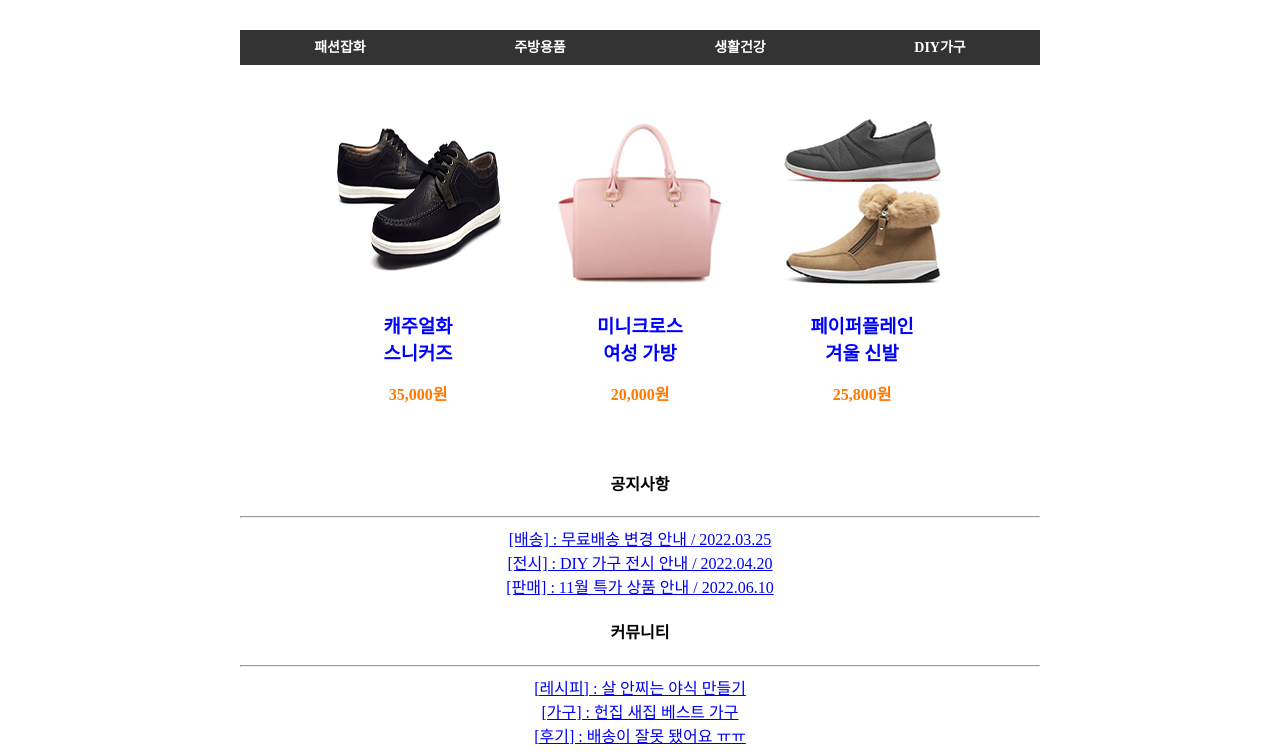
Repository: dudadab/Hhyundaiezwel_Academy
Page: CSS01/src/main/webapp/cssEx.html
These files come from the project's save history. The page is drawn as it stood at one moment and after the next save; the edit follows.
The browser window is 1280 px wide. The pictures show the whole page.

Above is the page before, as saved 2025-07-02 08:16:55.

### CSS01/src/main/webapp/cssEx.html
<!DOCTYPE html>
<html>
	<head>
		<meta charset="UTF-8">
		<title>CSS 종합 연습문제</title>
		<link rel="stylesheet" type="text/css" href="cssEX.css">
	</head>
	<body>
		<div id="wrap">
			<div id="mainMenuBox">
				<ul id="menuItem">
					<li><a href="#">패션잡화</a></li>
					<li><a href="#">주방용품</a></li>
					<li><a href="#">생활건강</a></li>
					<li><a href="#">DIY가구</a></li>
				</ul>
			</div>
			<div id="productBox">
				<div>
					<img src="image/image/fashion1.png">
					<h3 class="prdTitle">캐주얼화<br>스니커즈</h3>
					<p class="prdPrice">35,000원</p>
				</div>
				<div>
					<img src="image/image/fashion2.png">
					<h3 class="prdTitle">미니크로스<br>여성 가방</h3>
					<p class="prdPrice">20,000원</p>
				</div>
				<div>
					<img src="image/image/fashion3.png">
					<h3 class="prdTitle">페이퍼플레인<br>겨울 신발</h3>
					<p class="prdPrice">25,800원</p>
				</div>
			</div>
			<div id="infoBox">
				<div class="box">
					<h4>공지사항</h4>
					<hr>
					<a href="#">[배송] : 무료배송 변경 안내 / 2022.03.25</a><br>
					<a href="#">[전시] : DIY 가구 전시 안내 / 2022.04.20</a><br>
					<a href="#">[판매] : 11월 특가 상품 안내 / 2022.06.10</a><br>
				</div>
				<div class="box">
					<h4>커뮤니티</h4>
					<hr>
					<a href="#">[레시피] : 살 안찌는 야식 만들기</a><br>
					<a href="#">[가구] : 헌집 새집 베스트 가구</a><br>
					<a href="#">[후기] : 배송이 잘못 됐어요 ㅠㅠ</a><br>
				</div>
			</div>
		</div>
	</body>
</html>

### CSS01/src/main/webapp/cssEX.css
@charset "UTF-8";

/*전체 컨텐츠를 담고 있는 div 태그*/
#wrap{
	margin:0 auto;/*가운데 정렬*/
	width:800px; /*가운데 정렬하기 위해서는 width 값이 있어야 함*/
	text-align:center;

}

#mainMenuBox{
	height:35px;
	line-height:35px; /*줄간격 - 수직 가운데 정렬 효과*/
	background-color:#333;
	margin-top:	30px;
	margin-bottom:30px;

}

#mainMenuBox ul {
	padding-left:0;
	margin:0;
	list-style:none;/*type 없음*/

}

#mainMenuBox li{
	float:left;
	width:25%;
	text-align:center;
}

#mainMenuBox a{
	text-decoration:none; /*a 태그의 밑줄 없애기*/
	color:white;
	display:block; /*a 태그는 inline 속성 -> block으로 속성 변경 시 마우스 반응 영역이 상위 태그에 준해서 확장됨*/
	font-size:14px;
	font-weight:bold;
}

#mainMenuBox a:hover {/*각 메뉴 항목에 마우스 올릴 시 */
	color:red;
	text-decoration:underline;
	background-color:black;

}

#productBox {
	margin-bottom:30px;

}

#productBox div {
	display:inline-block;
	margin:20px;
}

#productBox div > h3.prdTitle {
	margin-bottom:5px;
	color:blue;
	font-weight:bold;
}

#productBox div > p.prdPrice {
	color:#ff7800;
	font-weight:bold;
}

After the next save:
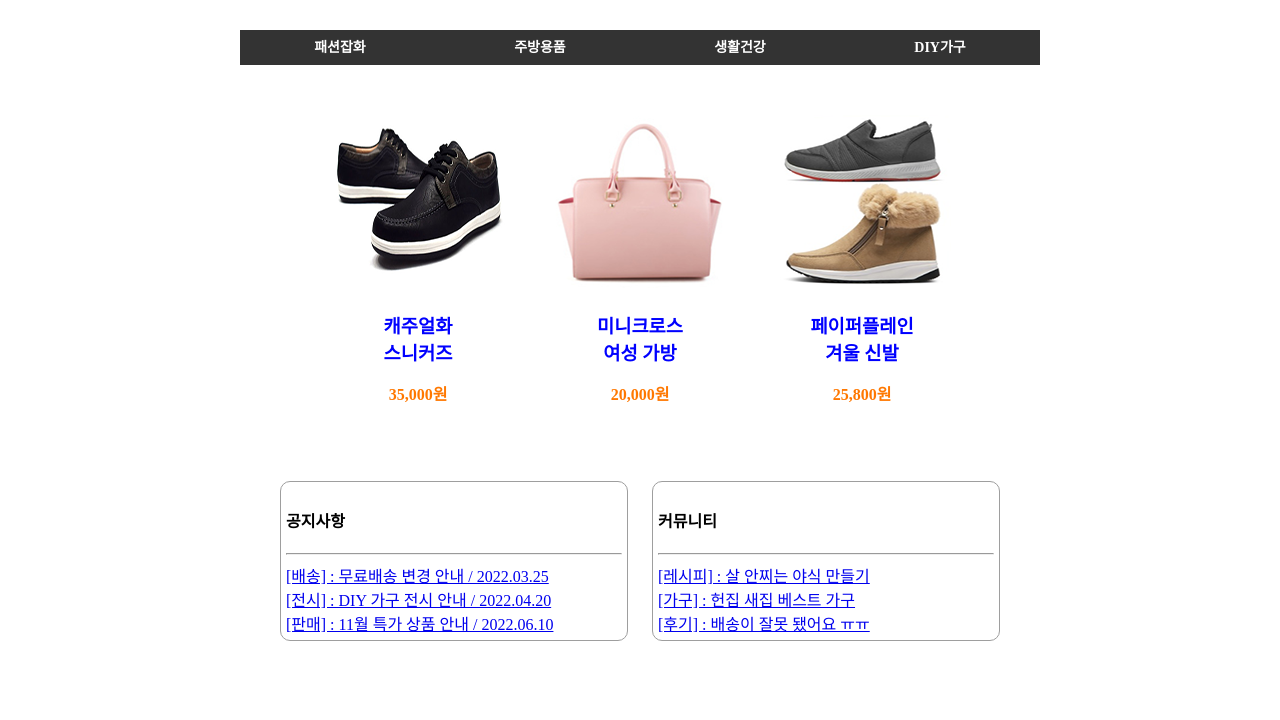
Saved 6 min 54 s later.
--- a/CSS01/src/main/webapp/cssEX.css
+++ b/CSS01/src/main/webapp/cssEX.css
@@ -65,3 +65,14 @@
 	color:#ff7800;
 	font-weight:bold;
 }
+
+#infoBox div.box {
+	display:inline-block;
+	border:1px solid #9e9e9e;
+	width:42%;
+	height:150%;
+	border-radius:10px;
+	margin:10px;
+	padding:5px;
+	text-align:left;
+}
